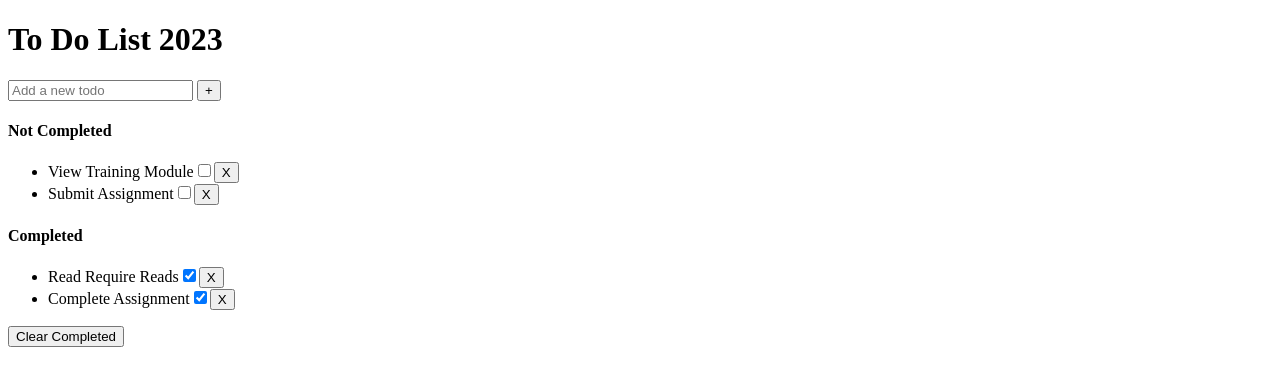
Repository: Kayla-amr/dgm3760
Page: index.html
The author's editor kept a copy of each file at every save. The page is drawn from the files as they stood at one save, then again after the next save.
The browser window is 1280 px wide. The pictures show the whole page.

Above is the page before, as saved 2023-10-03 12:03:34.

After the next save:
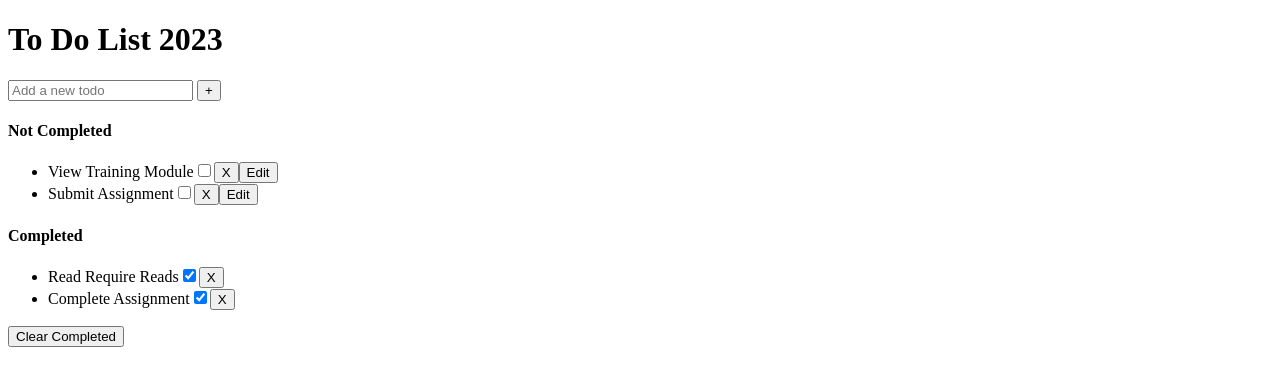
Saved 30 min 3 s later.
--- a/main.js
+++ b/main.js
@@ -63,8 +63,7 @@ function taskView(todo){
                 list.appendChild(li);                 //ADDS TODO ITEM TO TODO LIST
                 completed.removeChild(li);            //REMOVES TODO ITEM FROM COMPLETED LIST
             }
-        }
-        )
+        })
 
         //CREATES DELETE BUTTON
         let deleteBtn = document.createElement('button'); //CREATES BUTTON ELEMENT
@@ -77,6 +76,32 @@ function taskView(todo){
                 return todoItem.id != li.id;
             })
             taskView(todo);                                //CALLS VIEW FUNCTION
+        })
+
+        //CREATES EDIT BUTTON
+        let editBtn = document.createElement('button');   //CREATES BUTTON ELEMENT
+        editBtn.setAttribute('id', 'edit');               //SETS BUTTON ID
+        editBtn.innerText = 'Edit';                       //SETS BUTTON TEXT
+
+        //ADDS EVENT LISTENER TO EDIT BUTTON
+        editBtn.addEventListener('click', function(){      //ADDS EVENT LISTENER TO EDIT BUTTON
+            let editInput = document.createElement('input'); //CREATES INPUT ELEMENT
+            editInput.setAttribute('type', 'text');          //SETS INPUT TYPE
+            editInput.setAttribute('id', 'editInput');       //SETS INPUT ID
+            editInput.setAttribute('value', todoItem.name);  //SETS INPUT VALUE
+            li.innerText = '';                               //CLEARS TODO ITEM TEXT
+            li.appendChild(editInput);                       //ADDS INPUT TO TODO ITEM
+
+            //ADDS EVENT LISTENER TO INPUT
+            editInput.addEventListener('keyup', function(){  //ADDS EVENT LISTENER TO INPUT
+                if(event.keyCode === 13){                    //CHECKS IF ENTER KEY IS PRESSED
+                    todoItem.name = editInput.value;         //SETS TODO ITEM NAME TO INPUT VALUE
+                    li.innerText = todoItem.name;            //SETS TODO ITEM TEXT TO TODO ITEM NAME
+                    li.appendChild(status);                  //ADDS INPUT TO TODO ITEM
+                    li.appendChild(deleteBtn);               //ADDS DELETE BUTTON TO TODO ITEM
+                    li.appendChild(editBtn);                 //ADDS EDIT BUTTON TO TODO ITEM
+                }
+            })
         }
         )
 
@@ -85,6 +110,7 @@ function taskView(todo){
             list.appendChild(li);                    //ADDS TODO ITEM TO TODO LIST
             li.appendChild(status);                  //ADDS INPUT TO TODO ITEM
             li.appendChild(deleteBtn);               //ADDS DELETE BUTTON TO TODO ITEM
+            li.appendChild(editBtn);                 //ADDS EDIT BUTTON TO TODO ITEM
 
         }
         else
